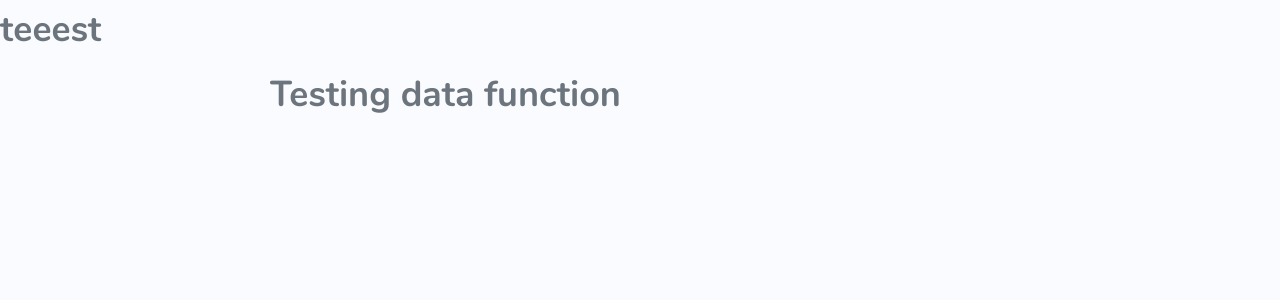
Repository: sungsynoint/synostorm-vue
Page: /
These files come from the project's save history. The page is drawn as it stood at one moment and after the next save; the edit follows.
The browser window is 1280 px wide. The pictures show the whole page.
The project was rebuilt for these pictures with package versions that can differ from the ones it lists, and the page was loaded fresh each time.

Above is the page before, as saved 2019-09-18 09:32:53.

### public/index.html
<!DOCTYPE html>
<html lang="en">
  <head>
    <meta charset="utf-8">
    <meta http-equiv="X-UA-Compatible" content="IE=edge">
    <meta name="viewport" content="width=device-width,initial-scale=1.0">
    <link rel="icon" href="<%= BASE_URL %>favicon.ico">
    <title>synostorm-vue</title>
  </head>
  <body>
    <noscript>
      <strong>We're sorry but synostorm-vue doesn't work properly without JavaScript enabled. Please enable it to continue.</strong>
    </noscript>
    <div id="app"></div>
    <!-- built files will be auto injected -->
  </body>
</html>

### src/App.vue
<template>
  <div>
    <HelloWorld msg="teeest" />
    <div class="content-page">
      <h1>{{title}}</h1>
    </div>
  </div>
</template>

<script>
import "./theme/css/app.css";
import LeftMenu from "./components/common/LeftMenu.vue";
import HelloWorld from "./components/HelloWorld.vue";

export default {
  name: "app",
  components: {
    HelloWorld
  },
  data() {
    return {
      title: "Testing data function"
    };
  }
};
</script>

### src/components/common/LeftMenu.vue
<template>
  <h1>testing</h1>
</template>


<script>
export default {
  name: "LeftMenu"
};
</script>

Loaded but not shown: src/main.js (common file); src/theme/css/app.css (library); src/components/HelloWorld.vue (common file)

After the next save:
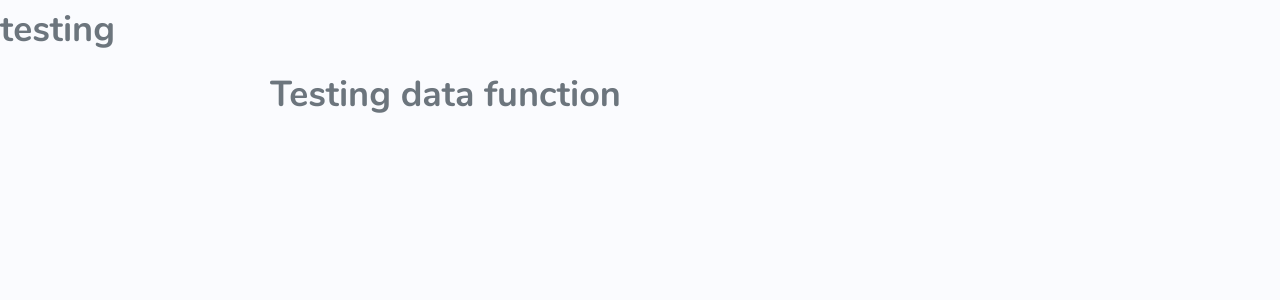
Saved 25 s later.
--- a/src/App.vue
+++ b/src/App.vue
@@ -1,6 +1,6 @@
 <template>
   <div>
-    <HelloWorld msg="teeest" />
+    <LeftMenu />
     <div class="content-page">
       <h1>{{title}}</h1>
     </div>
@@ -15,7 +15,7 @@
 export default {
   name: "app",
   components: {
-    HelloWorld
+    LeftMenu
   },
   data() {
     return {
